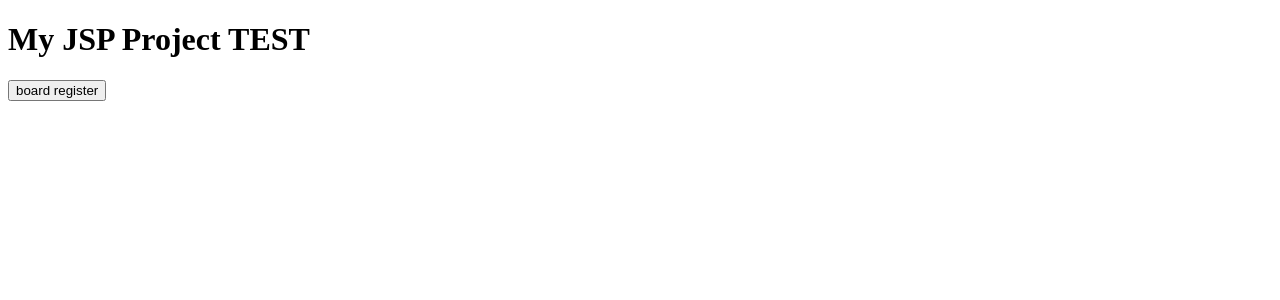
Repository: havanara/240416_JSP_Project
Page: http://localhost/jsp_study2/index.jsp
The author's editor kept a copy of each file at every save. The page is drawn from the files as they stood at one save, then again after the next save.
The browser window is 1280 px wide. The pictures show the whole page.
The page is served by Tomcat 9.

Above is the page before, as saved 2024-04-16 06:59:38.

After the next save:
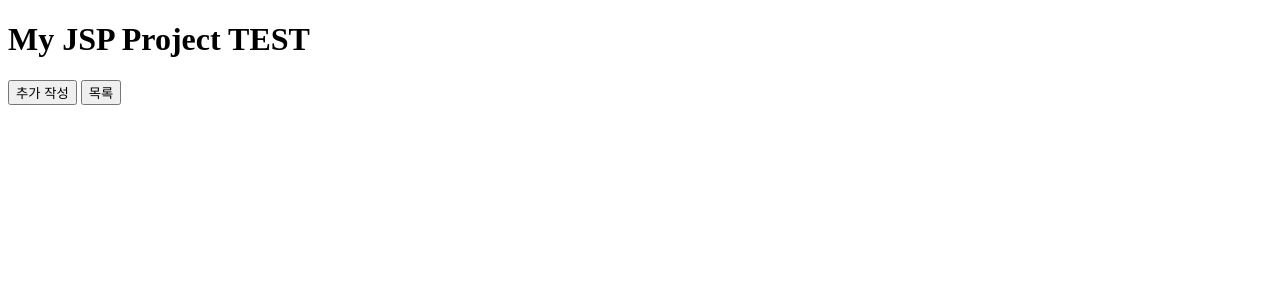
Saved 3 min 48 s later.
--- a/jsp_study2/src/main/webapp/index.jsp
+++ b/jsp_study2/src/main/webapp/index.jsp
@@ -8,6 +8,7 @@
 </head>
 <body>
 	<h1>My JSP Project TEST</h1>
-	<a href="/brd/register"><button>board register</button></a>
+	<a href="/brd/register"><button>추가 작성</button></a>
+	<a href="/brd/list"><button>목록</button></a>
 </body>
 </html>
